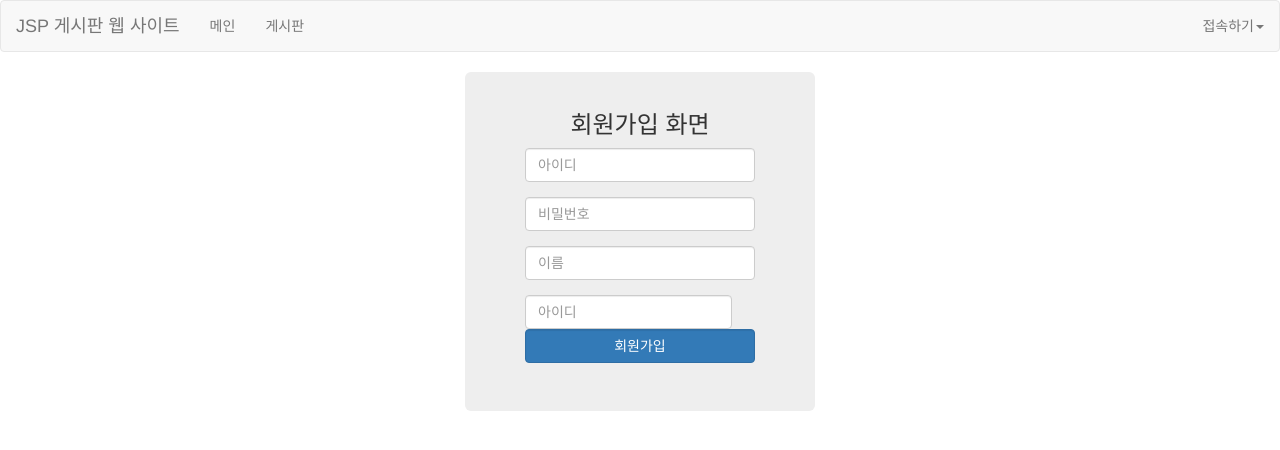
Repository: jk4g2/JSP_BBS
Page: http://localhost/BBS/join.jsp
An editor plug-in stored every save of this project. The page is shown before and after the next save, followed by the edit.
The browser window is 1280 px wide. The pictures show the whole page.
Some web libraries are served in a nearby version. The page is served by Tomcat 9.

Above is the page before, as saved 2020-03-15 21:37:59.

After the next save:
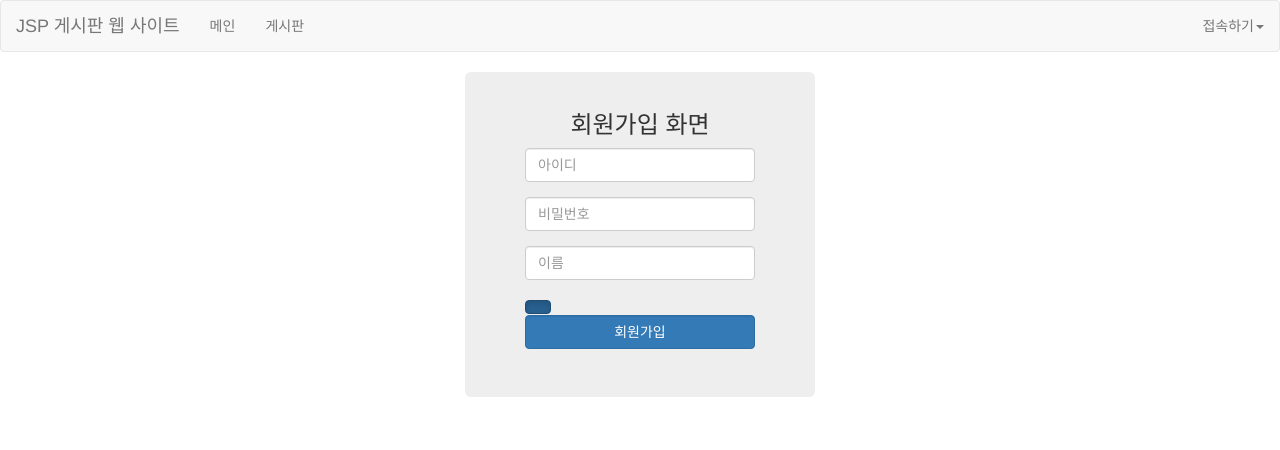
Saved 68 s later.
--- a/BBS/WebContent/join.jsp
+++ b/BBS/WebContent/join.jsp
@@ -55,7 +55,9 @@
 						<input type="text" class="form-control" placeholder="이름" name="userName" maxlength="20">
 					</div>
 					<div class="btn-group" data-toggle="buttons">
-						<input type="text" class="form-control" placeholder="아이디" name="userID" maxlength="20">
+						<label class="btn btn-primary active">
+							<input type="radio" name="userGender" autocomplete="off" value="남자" checked>
+						</label>
 					</div>
 					<input type ="submit" class="btn btn-primary form-control" value="회원가입">
 				</form>
